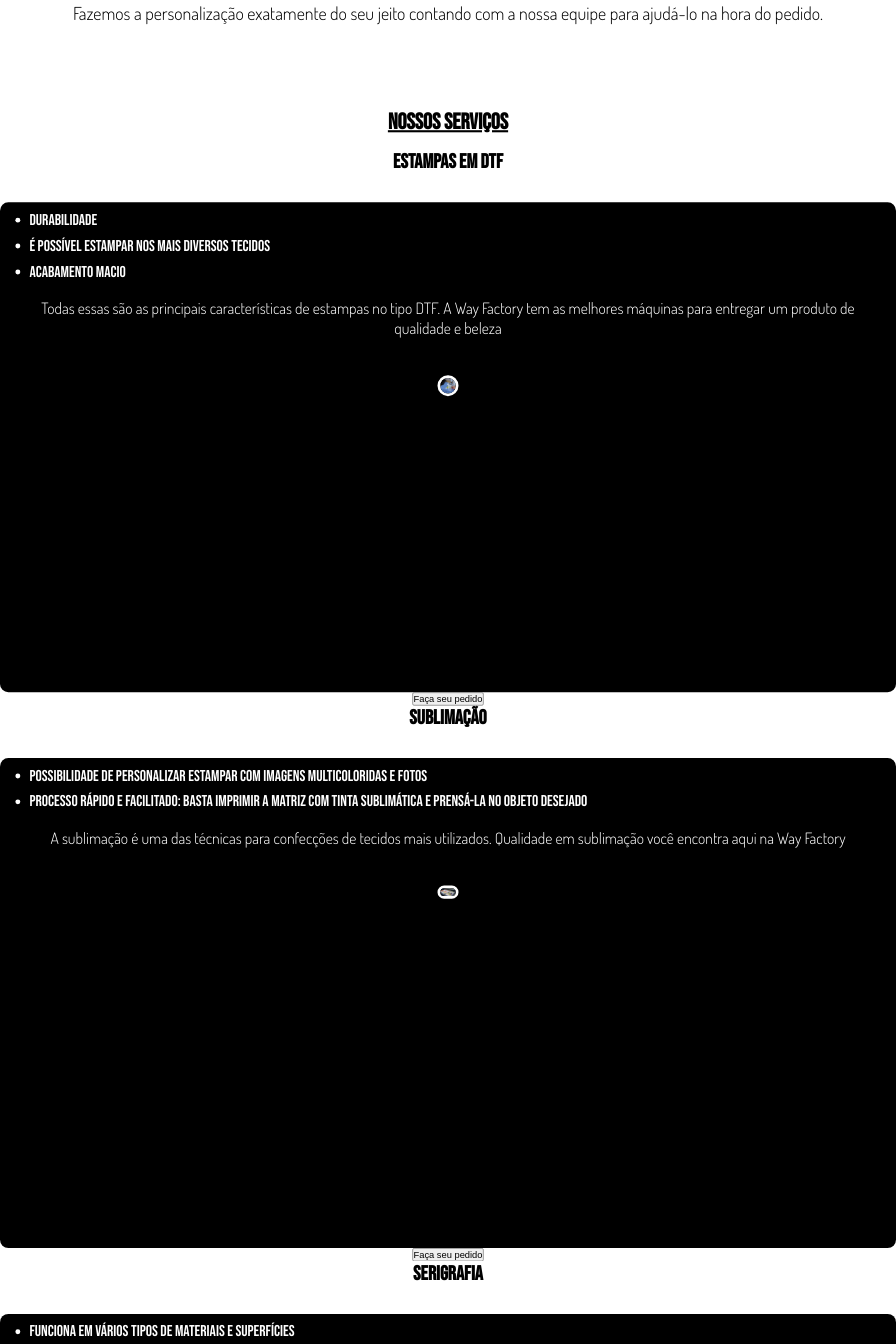
Repository: Leonngc/way-factory
Page: index.html
These files come from the project's save history. The page is drawn as it stood at one moment and after the next save; the edit follows.
The browser window is 1280 px wide. The pictures show the part of the page from y = 400 to 2320 px (the page is 3522 px tall), at 70% of full size.
Some icons come from a web library that is not loaded, so they are not drawn.

Above is the page before, as saved 2023-02-08 22:37:20.

### index.html
<!DOCTYPE html>
<html lang="pt-br">
  <head>
    <meta charset="UTF-8" />
    <meta http-equiv="X-UA-Compatible" content="IE=edge" />
    <meta name="viewport" content="width=device-width, initial-scale=1.0" />
    <link rel="shortcut icon" href="favicon.ico" type="image/x-icon" />
    <link
      rel="stylesheet"
      href="https://cdn-uicons.flaticon.com/uicons-bold-rounded/css/uicons-bold-rounded.css"
    />
    <link rel="stylesheet" href="styles/index.css">
    <title>Way Factory</title>
  </head>
  <body>
    <header>
      <img src="" alt="" id="logo" />
      <menu>
        <button id="menu-burguer"><i class="fi fi-br-menu-burger" ></i></button>
        <ul id="links-menu">
          <li><a href="about.html">Sobre</a></li>
          <li><a href="order.html">Como fazer seu pedido</a></li>
          <li><a href="contacts.html">Contatos</a></li>
        </ul>
      </menu>
    </header>

    <main>
      <div class="container-slogan">
        <div class="slogans">
          <h2>CONFIABILIDADE</h2>
          <p>
            Trabalhamos lado-a-lado com você, cumprindo nossos serviços com
            agilidade, qualidade e paixão pelo o que fazemos
          </p>
        </div>

        <div class="slogans">
          <h2>QUALIDADE</h2>
          <p>
            A Way Factory preza pela alta qualidade da sua personalização
            utilizando as técnicas mais modernas do mercado
          </p>
        </div>

        <div class="slogans">
          <h2>DO SEU JEITO</h2>
          <p>
            Fazemos a personalização exatamente do seu jeito contando com a
            nossa equipe para ajudá-lo na hora do pedido.
          </p>
        </div>
      </div>

      <section>
        <h2>NOSSOS SERVIÇOS</h2>
        <div  class="container-services">
          <h3>ESTAMPAS EM DTF</h3>
          <div>
            <ul>
              <li>DURABILIDADE</li>
              <li>É POSSÍVEL ESTAMPAR NOS MAIS DIVERSOS TECIDOS</li>
              <li>ACABAMENTO MACIO</li>
            </ul>

            <p>
              Todas essas são as principais características de estampas no tipo
              DTF. A Way Factory tem as melhores máquinas para entregar um
              produto de qualidade e beleza
              <div class="container-img"><img src="images/dtf.png" alt="Imagem de uma estampa em DTF" /></div>
            </p>
          </div>

        </div>
        <button>Faça seu pedido</button>
        <div class="container-services">
          <h3>SUBLIMAÇÃO</h3>
          <div>
            <ul>
              <li>
                Possibilidade de personalizar estampar com imagens
                multicoloridas e fotos
              </li>
              <li>
                Processo rápido e facilitado: basta imprimir a matriz com tinta
                sublimática e prensá-la no objeto desejado
              </li>
            </ul>
            <p>
              A sublimação é uma das técnicas para confecções de tecidos mais
              utilizados. Qualidade em sublimação você encontra aqui na Way
              Factory
              <div class="container-img"><img src="images/sublimacao.png" alt="Imagem de uma estampa em sublimação" /></div>
            </p>
          </div>
        </div>

        <button>Faça seu pedido</button>

        <div class="container-services">
            <h3>SERIGRAFIA</h3>
            <div>
                <ul>
                    <li>Funciona em vários tipos de materiais e superfícies</li>
                    <li>é a ideal para tecidos de algodão.</li>
                </ul>
                <p>Também é uma das técnicas de estampas mais usadas atualmente. Serigrafia com alta resolução e qualidade é na Way Factory</p>
            </div>
          <img src="" alt=""/>
        </div>
        <button>Faça seu pedido</button>
      </section>
    </main>
        <div>
            <img src="images/180_camiseta_de_algodao_preta_p_m_g_gg_931_1_91c3eb3d1cbb91f6ca1f162f1c7263c0.png" alt="">
        </div>
    <footer>
      <ul>
        <li>Endereço</li>
        <li>Telefone</li>
        <li>Instagram</li>
      </ul>
    </footer>
  </body>
</html>

### styles/index.css
@charset "UTF-8";

@import url('https://fonts.googleapis.com/css2?family=Bebas+Neue&display=swap');
@import url('https://fonts.googleapis.com/css2?family=Dosis:wght@300&display=swap');

:root{
    --bebas-neue: 'Bebas Neue', cursive;
    --dosis:'Dosis', sans-serif;
}

*{
    margin: 0px;
    padding: 0px;
    box-sizing: border-box;
}

header{
    background-color: black;
    height: 20vh;
    max-width: 100vw;
    width: 100vw;
    margin-bottom: 25px;
}
#menu-burguer{
    background-color: rgba(245, 245, 220, 0);
    color: white;
    font-size: 30px;
    padding: 9px;
}
#links-menu{
    background-color: white;
    max-width: 100vw;
    width: 100vw;
    display: none;
}
menu > ul > li > a{
    color: rgb(3, 3, 3);
    font-family: var(--bebas-neue);
    font-size: 18px;
    margin-left: 20px;
}

menu > ul > li{
    list-style: circle;
    padding: 6px;
}
.container-slogan{
    margin: 40px;
}
.slogans{
    text-align: center;
    font-family: var(--bebas-neue);
    margin-top: 25px;
}

.slogans > h2{
    font-size: 1.8em;
}

.slogans > p{
    font-size: 1.6em;
    font-family: var(--dosis);
}

section{
    text-align: center;
    margin-top: 100px;
}

section > h2{
    font-family: var(--bebas-neue);
    padding: 20px;
    font-size: 2em;
    text-decoration: underline;
}


.container-services > h3{
    font-family: var(--bebas-neue);
    font-size: 1.8em;
}

.container-services > div{
    margin-top: 40px;
    background-color: black;
    color: white;
    height: 700px;
    padding: 12px;
    border-radius: 12px;
}

.container-services > div > ul > li{
    text-align: left;
    margin-left: 30px;
    margin-bottom: 10px;
    font-size: 1.4em;
    font-family: var(--bebas-neue);
}

.container-services > div > p{
    font-family: var(--dosis);
    font-size: 1.4em;
    padding: 14px;
    margin-bottom: 40px;
}

.container-img > img{
    border: 4px solid white;
    border-radius: 16px;
    width: 30px;
}

After the next save:
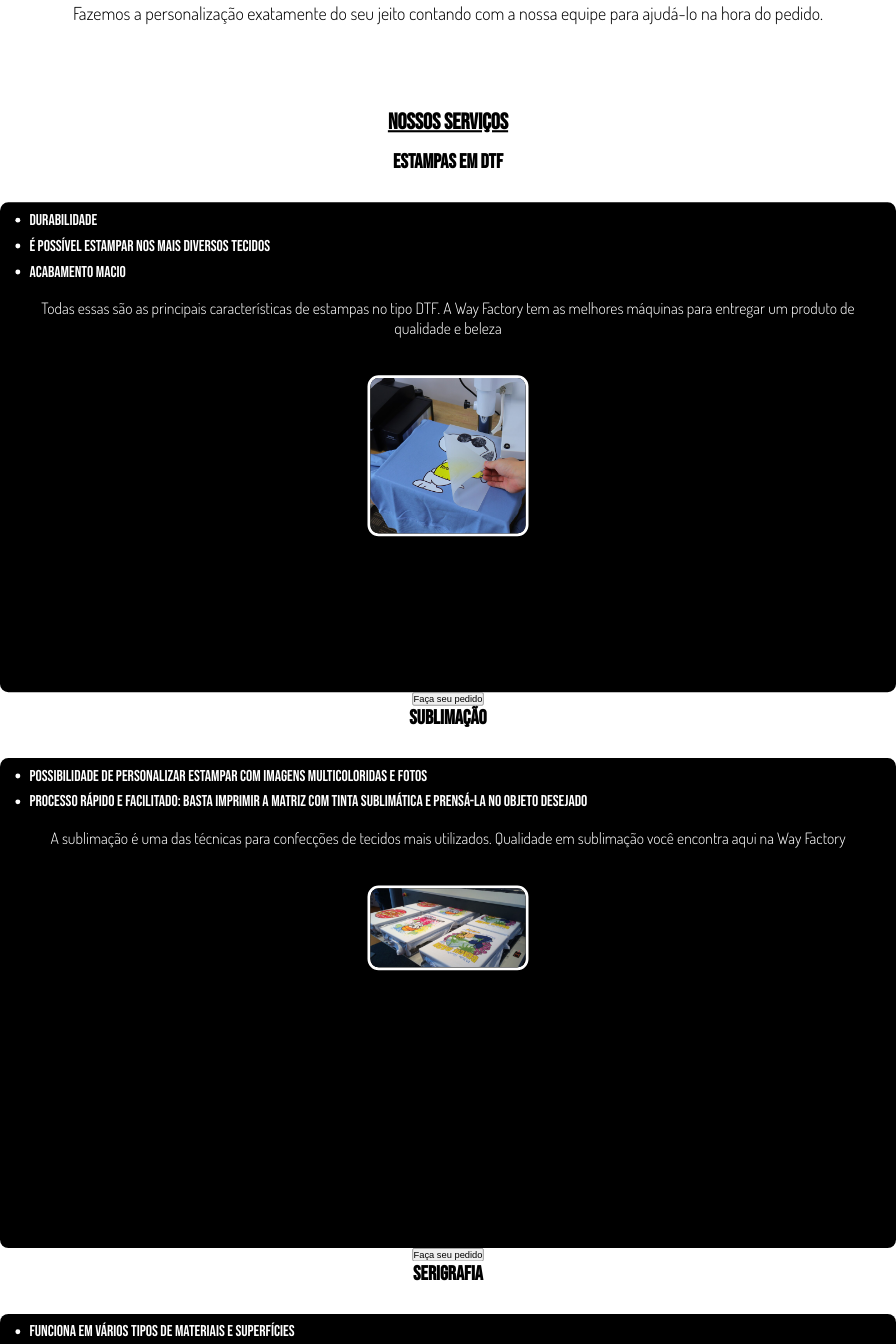
Saved 5 s later.
--- a/styles/index.css
+++ b/styles/index.css
@@ -107,5 +107,5 @@
 .container-img > img{
     border: 4px solid white;
     border-radius: 16px;
-    width: 30px;
+    width: 230px;
 }
